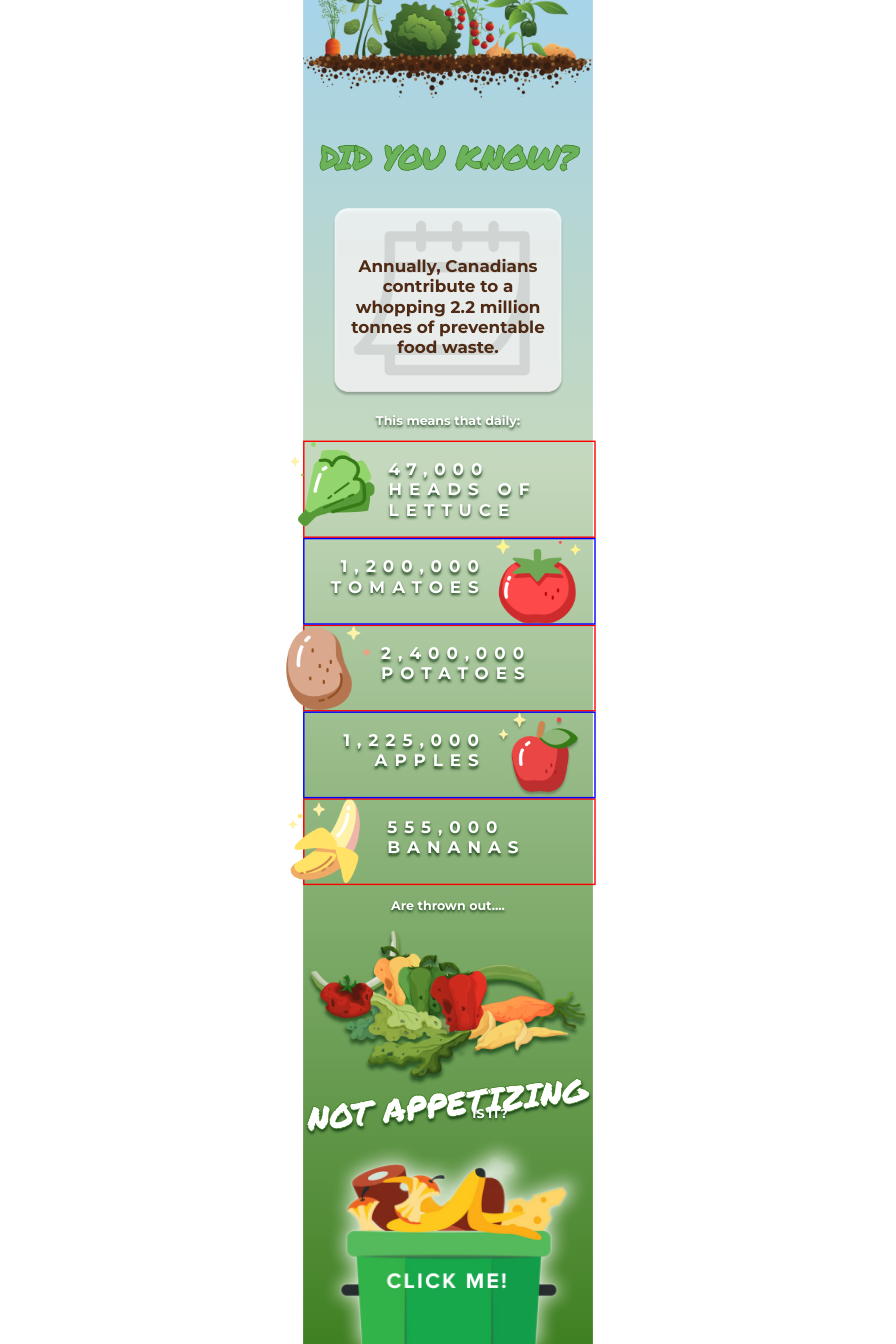
Repository: zoelake/DCDmidterm
Page: page1/index.html
An editor plug-in stored every save of this project. The page is shown before and after the next save, followed by the edit.
The browser window is 1280 px wide. The pictures show the part of the page from y = 659 to 2579 px (the page is 2650 px tall), at 70% of full size.

Above is the page before, as saved 2021-03-05 20:50:29.

After the next save:
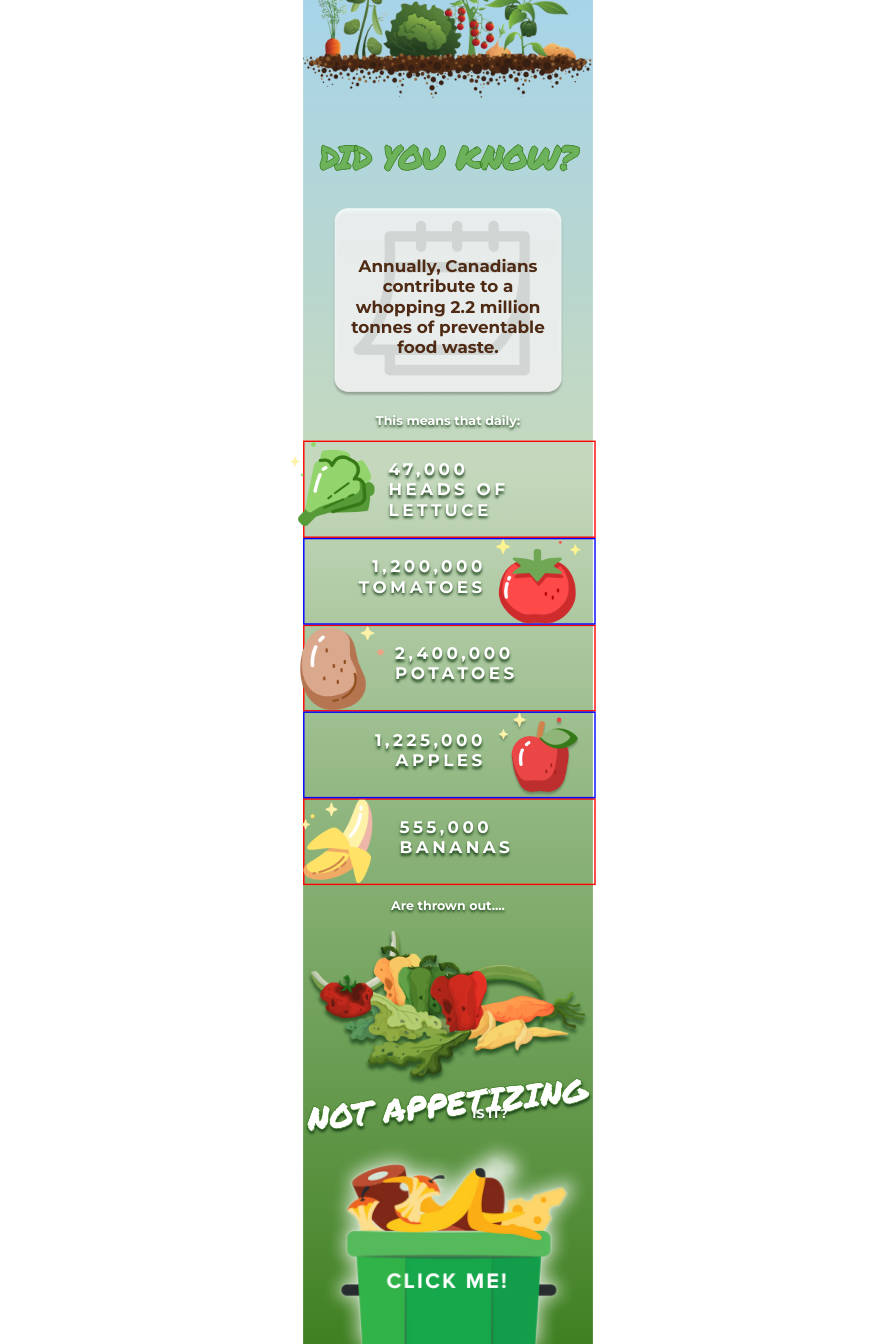
Saved 10 s later.
--- a/page1/style.css
+++ b/page1/style.css
@@ -104,7 +104,7 @@ p{
 
 .text-left, .text-right{
     text-shadow: 0px 4px 4px #1F471E;
-    letter-spacing: 10px;
+    letter-spacing: 5px;
 }
 
 .text-left {
